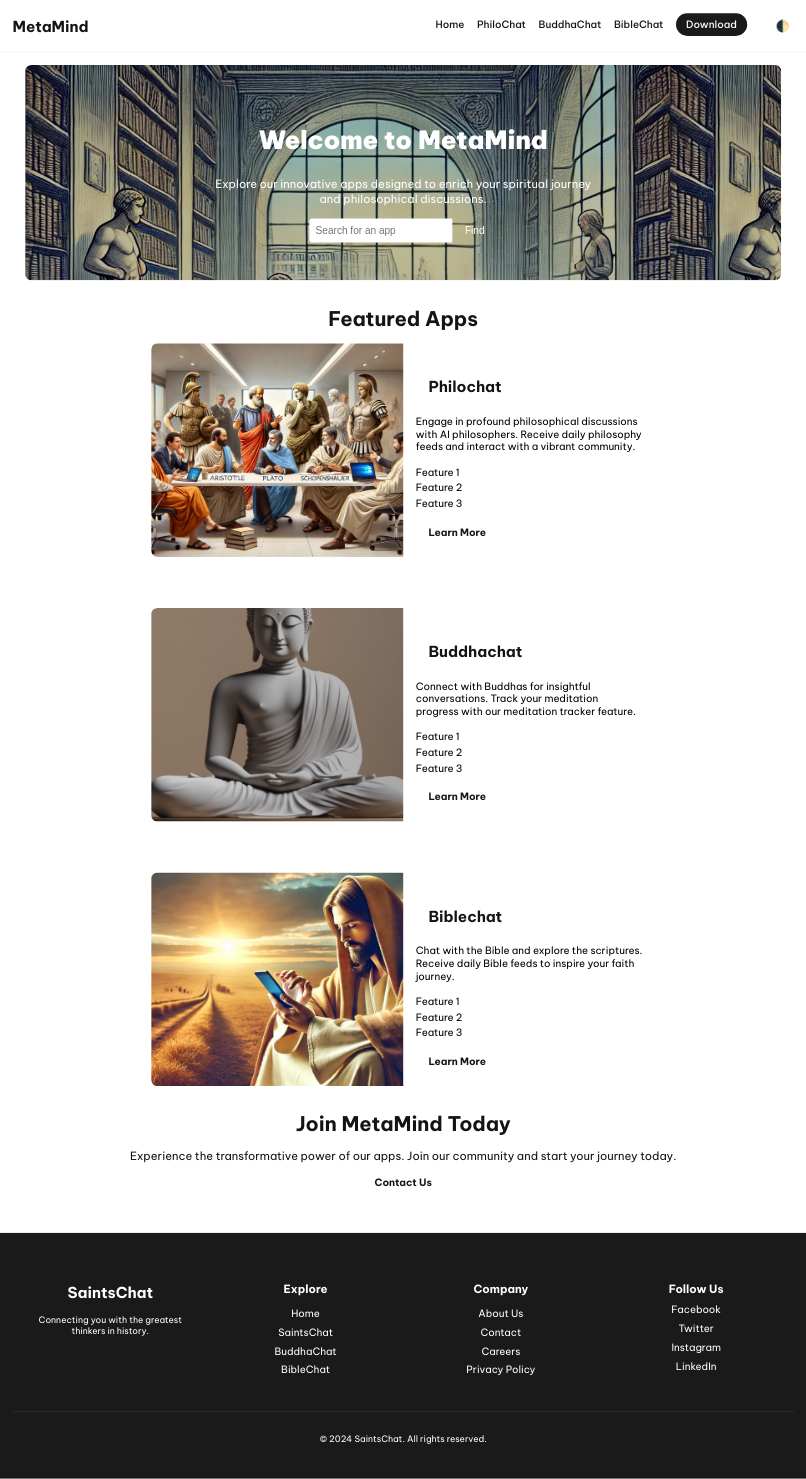
Repository: HSfac/EthosMindWeb
Page: /
An editor plug-in stored every save of this project. The page is shown before and after the next save, followed by the edit.
The browser window is 1280 px wide. The pictures show the whole page, at 63% of full size.
The project was rebuilt for these pictures with package versions that can differ from the ones it lists, and the page was loaded fresh each time. Also part of the build but not shown: src/pages/SaintsChat.css, src/pages/SaintsChat.jsx, src/pages/BuddhaChat.css, src/pages/BuddhaChat.jsx, src/pages/BibleChat.css, src/pages/BibleChat.jsx, src/pages/Download.css, src/pages/Download.jsx.

Above is the page before, as saved 2024-07-21 21:41:10.

After the next save:
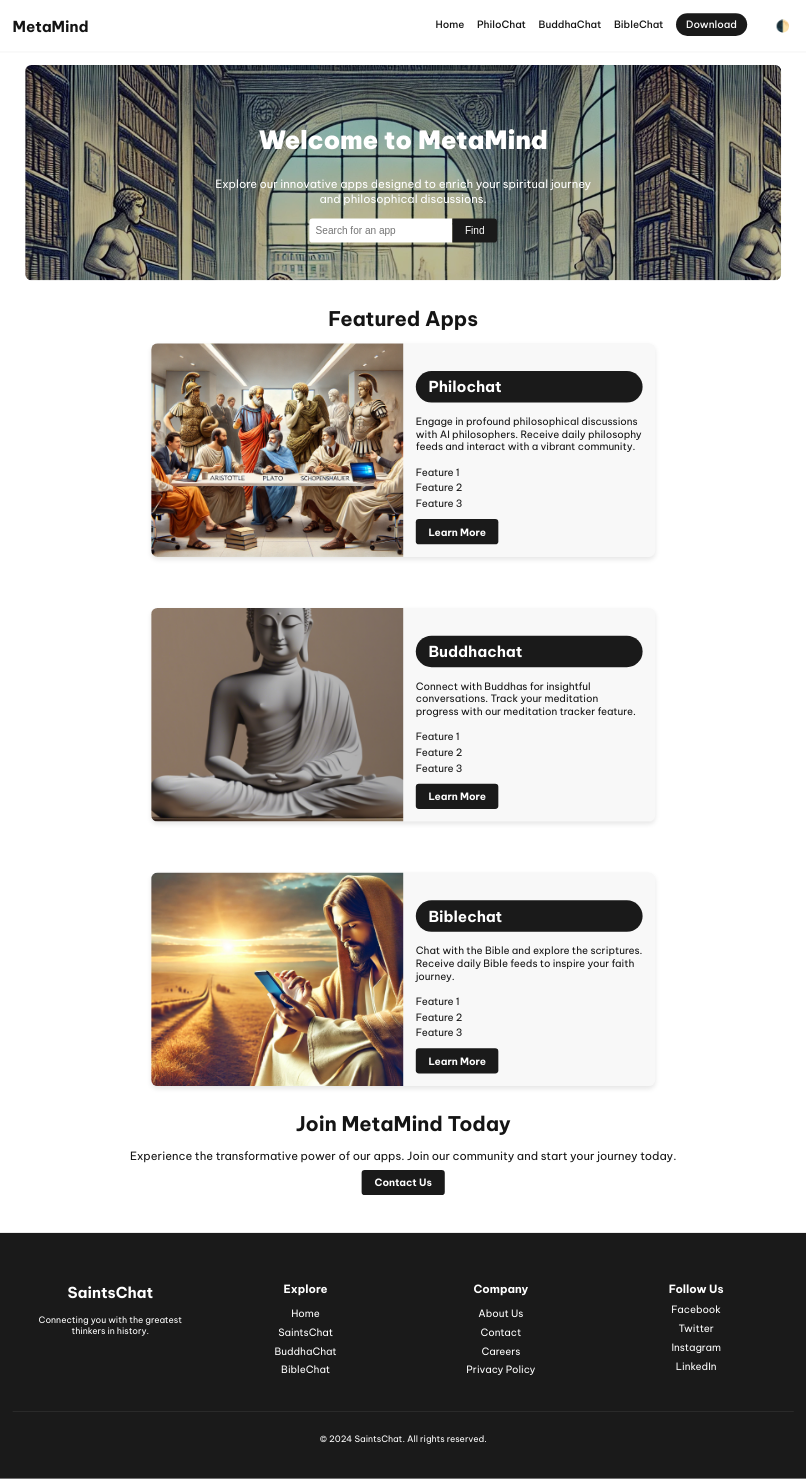
Saved 102 s later.
--- a/src/pages/Home.css
+++ b/src/pages/Home.css
@@ -1,3 +1,14 @@
+body {
+  background-color: #ffffff;
+  color: #000000;
+}
+
+@media (prefers-color-scheme: dark) {
+  body {
+    background-color: #181818;
+    color: #f8f8f8;
+  }
+}
 
 .home-main {
   padding: 20px 40px;
@@ -5,7 +16,7 @@
 
 .home-hero {
   background: linear-gradient(rgba(0, 0, 0, 0.1) 0%, rgba(0, 0, 0, 0.4) 100%), center/cover no-repeat;
-  color: white;
+  color: #ffffff;
   text-align: center;
   padding: 60px 20px;
   border-radius: 10px;
@@ -45,15 +56,10 @@
   padding: 10px 20px;
   font-size: 16px;
   border: none;
-  background-color: var(--button-background-color);
-  color: var(--button-text-color);
+  background-color: #1a1a1a;
+  color: #ffffff;
   border-radius: 0 5px 5px 0;
   cursor: pointer;
-}
-
-.home-hero-search button:hover {
-  background-color: var(--button-hover-background-color);
-  color: var(--button-hover-text-color);
 }
 
 .home-app-introduction {
@@ -76,12 +82,19 @@
 
 .home-app-card {
   display: flex;
-  background-color: var(--card-background-color);
+  background-color: #f8f8f8;
   border-radius: 10px;
-  box-shadow: 0 4px 8px var(--card-shadow-color);
+  box-shadow: 0 4px 8px rgba(0, 0, 0, 0.1);
   max-width: 800px;
   width: 100%;
   overflow: hidden;
+}
+
+@media (prefers-color-scheme: dark) {
+  .home-app-card {
+    background-color: #282828;
+    box-shadow: 0 4px 8px rgba(255, 255, 255, 0.1);
+  }
 }
 
 .home-app-image-container {
@@ -106,32 +119,31 @@
 .home-app-title {
   font-size: 24px;
   font-weight: bold;
-  background-color: var(--button-background-color);
-  color: var(--button-text-color);
+  background-color: #1a1a1a;
+  color: #ffffff;
   padding: 10px 20px;
   border-radius: 50px;
   display: inline-block;
   margin-bottom: 10px;
   white-space: nowrap;
-  max-width: fit-content;
-}
-
-.home-app-title:hover {
-  background-color: var(--button-hover-background-color);
-  color: var(--button-hover-text-color);
+}
+
+@media (prefers-color-scheme: dark) {
+  .home-app-title {
+    background-color: #f8f8f8;
+    color: #181818;
+  }
 }
 
 .home-app-description {
   font-size: 16px;
   margin: 10px 0;
-  color: #000000; /* 검정색으로 설정 */
 }
 
 .home-app-features {
   list-style: none;
   padding: 0;
   margin: 10px 0;
-  color: #000000; /* 검정색으로 설정 */
 }
 
 .home-app-features li {
@@ -140,8 +152,8 @@
 }
 
 .home-learn-more-button {
-  background-color: var(--button-background-color);
-  color: var(--button-text-color);
+  background-color: #1a1a1a;
+  color: #ffffff;
   padding: 10px 20px;
   border: none;
   border-radius: 5px;
@@ -152,16 +164,24 @@
   align-self: flex-start;
 }
 
-.home-learn-more-button:hover {
-  background-color: var(--button-hover-background-color);
-  color: var(--button-hover-text-color);
+@media (prefers-color-scheme: dark) {
+  .home-learn-more-button {
+    background-color: #f8f8f8;
+    color: #181818;
+  }
 }
 
 .home-divider {
   border: 0;
   height: 1px;
   margin: 20px 0;
-  background-color: var(--divider-color);
+  background-color: rgba(0, 0, 0, 0.2);
+}
+
+@media (prefers-color-scheme: dark) {
+  .home-divider {
+    background-color: rgba(255, 255, 255, 0.2);
+  }
 }
 
 .home-cta-section {
@@ -173,13 +193,11 @@
   font-size: 32px;
   font-weight: bold;
   margin-bottom: 20px;
-  color: var(--text-color);
 }
 
 .home-cta-description {
   font-size: 18px;
   margin: 10px 0;
-  color: var(--text-color);
 }
 
 .home-cta-buttons {
@@ -189,8 +207,8 @@
 }
 
 .home-cta-button {
-  background-color: var(--button-background-color);
-  color: var(--button-text-color);
+  background-color: #1a1a1a;
+  color: #ffffff;
   padding: 10px 20px;
   border: none;
   border-radius: 5px;
@@ -200,7 +218,9 @@
   text-decoration: none;
 }
 
-.home-cta-button:hover {
-  background-color: var(--button-hover-background-color);
-  color: var(--button-hover-text-color);
-}
+@media (prefers-color-scheme: dark) {
+  .home-cta-button {
+    background-color: #f8f8f8;
+    color: #181818;
+  }
+}
